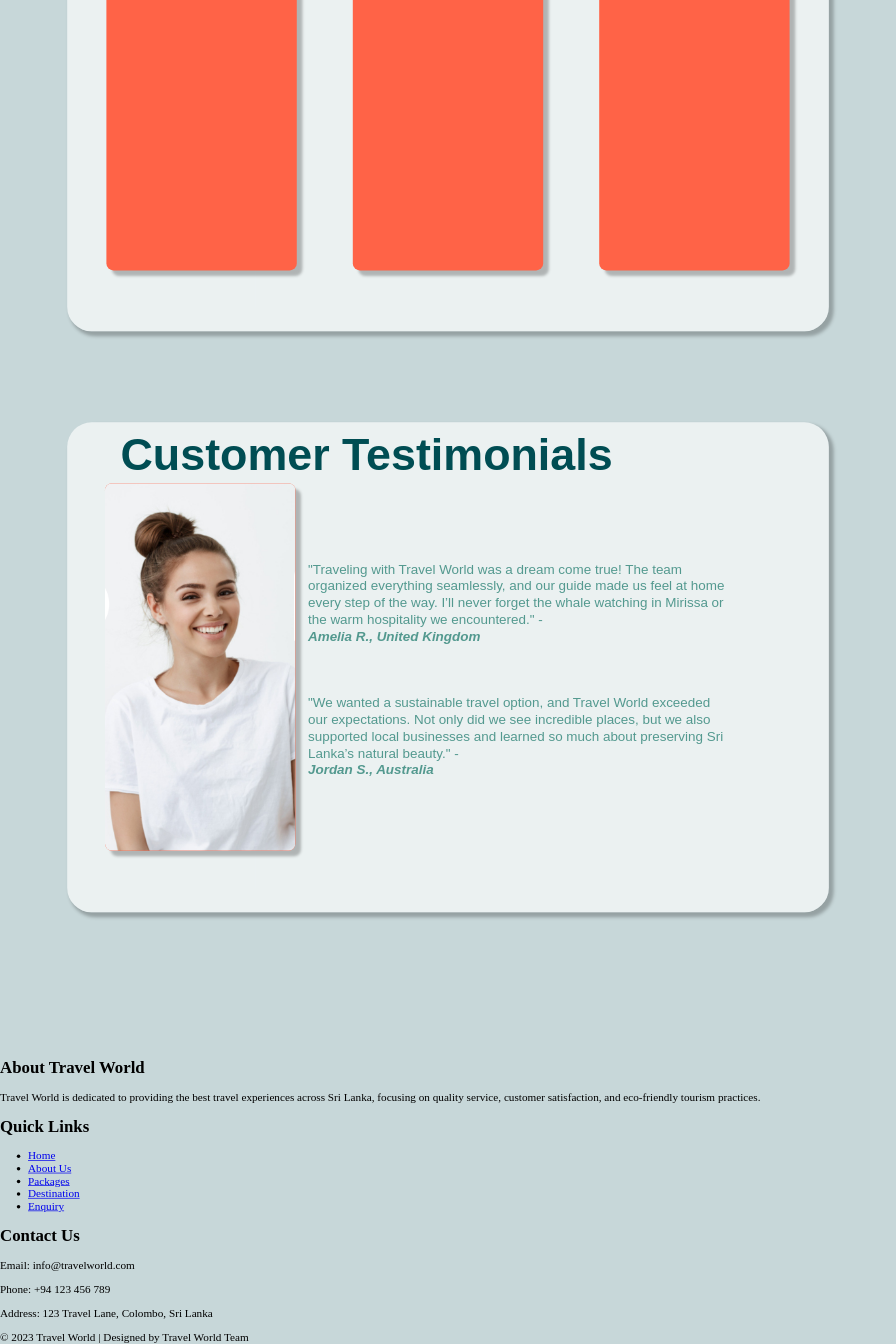
Repository: Haakim19/TavelWorld
Page: HTML/Aboutus.html
These files come from the project's save history. The page is drawn as it stood at one moment and after the next save; the edit follows.
The browser window is 1280 px wide. The pictures show the part of the page from y = 3345 to 5265 px (the page is 5265 px tall before and 5209 px after), at 70% of full size.
Some web fonts or font styles are not loaded; a fallback is used.

Above is the page before, as saved 2024-11-03 17:10:12.

After the next save:
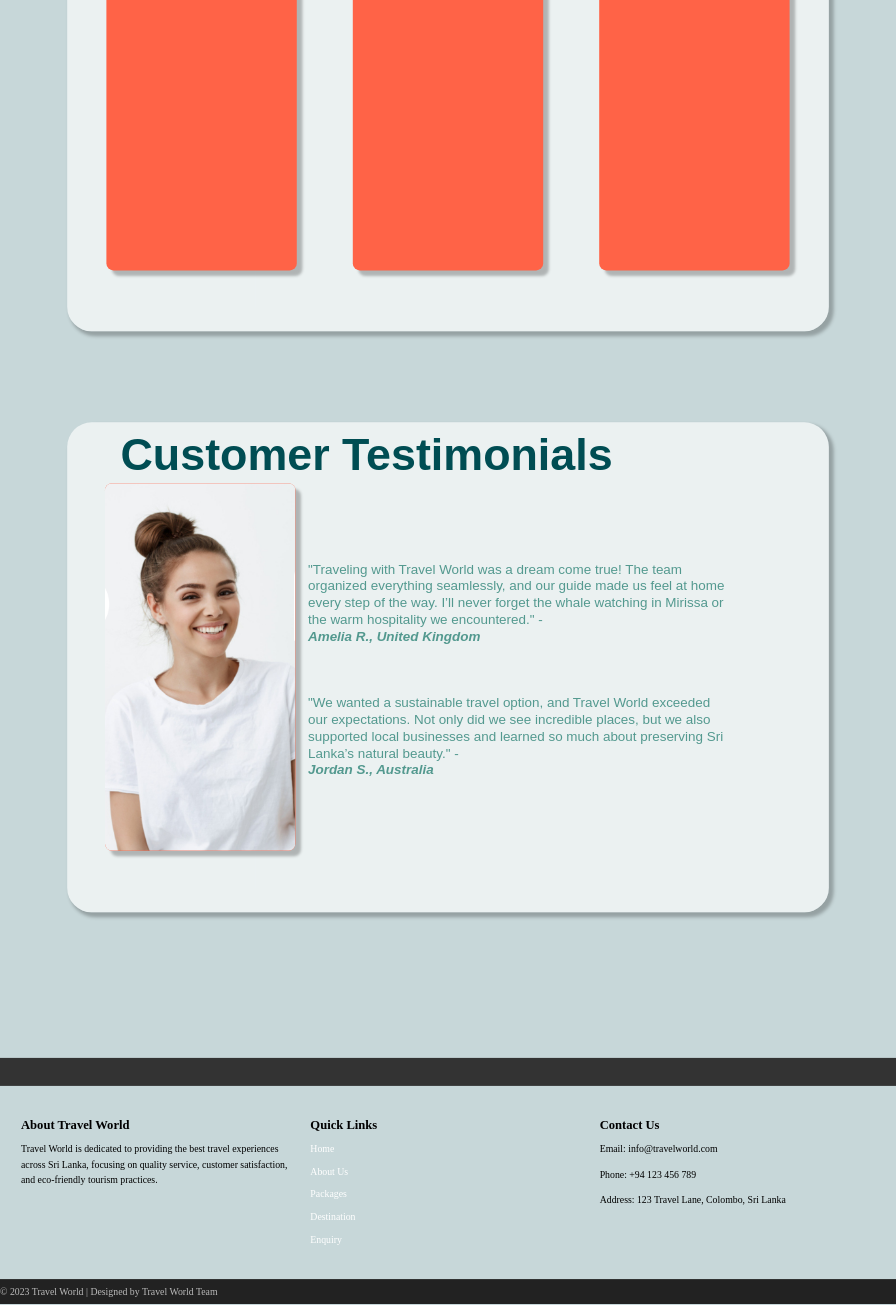
Saved 1 s later.
--- a/HTML/Aboutus.html
+++ b/HTML/Aboutus.html
@@ -7,6 +7,7 @@
         <link rel="icon" href="../Assets/icon/location.png" type="image/png">
         <link rel="stylesheet" href="../CSS/Navbar.CSS">
         <link rel="stylesheet" href="../CSS/Aboutus.css">
+        <link rel="stylesheet" href="../CSS/Footer.css">
         <link rel="preconnect" href="https://fonts.googleapis.com">
         <link rel="preconnect" href="https://fonts.gstatic.com" crossorigin>
         <link href="https://fonts.googleapis.com/css2?family=Irish+Grover&family=Jaldi:wght@400;700&family=Playwrite+GB+S:ital,wght@0,100..400;1,100..400&display=swap" rel="stylesheet">
